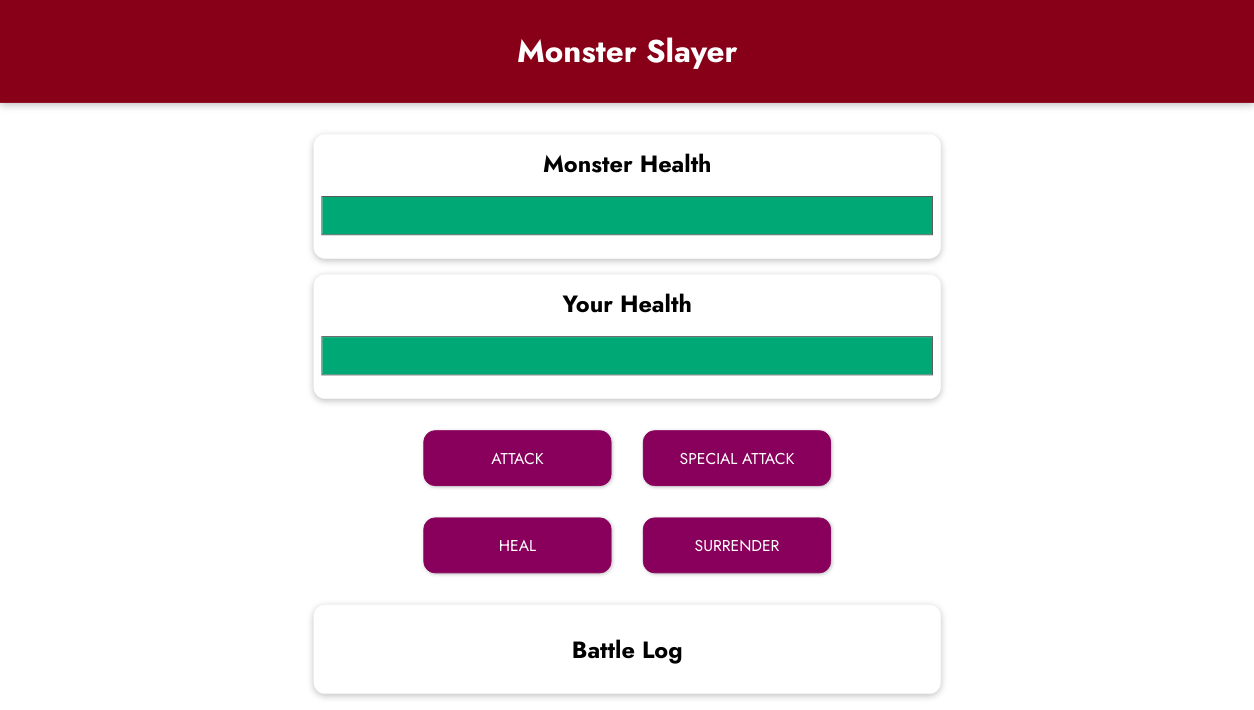
Repository: Schwarzbaer2/monster-slayer
Page: index.html
An editor plug-in stored every save of this project. The page is shown before and after the next save, followed by the edit.
The browser window is 1280 px wide. The pictures show the whole page, at 98% of full size.

Above is the page before, as saved 2021-02-26 10:50:31.

### index.html
<!DOCTYPE html>
<html lang="en">
  <head>
    <meta charset="UTF-8" />
    <meta name="viewport" content="width=device-width, initial-scale=1.0" />
    <title>Vue Basics</title>
    <link
      href="https://fonts.googleapis.com/css2?family=Jost:wght@400;700&display=swap"
      rel="stylesheet"
    />
    <link rel="stylesheet" href="styles.css" />
    <script src="https://unpkg.com/vue@next" defer></script>
    <script src="app.js" defer></script>
  </head>
  <body>
    <header>
      <h1>Monster Slayer</h1>
    </header>
    <div id="game">
      <section id="monster" class="container">
        <h2>Monster Health</h2>
        <div class="healthbar">
          <div
            class="healthbar__value"
            :style="monsterBarStyles"
          ></div>
        </div>
      </section>
      <section id="player" class="container">
        <h2>Your Health</h2>
        <div class="healthbar">
          <div class="healthbar__value"
          :style="playerBarStyles"
        ></div>
      </section>
      <section id="controls">
        <button @click="attackMonster">ATTACK</button>
        <button :disabled="mayUseSpecialAttack" @click="specialAttackMonster">SPECIAL ATTACK</button>
        <button @click="healPlayer">HEAL</button>
        <button>SURRENDER</button>
      </section>
      <section id="log" class="container">
        <h2>Battle Log</h2>
        <ul></ul>
      </section>
    </div>
  </body>
</html>

### styles.css
* {
  box-sizing: border-box;
}

html {
  font-family: 'Jost', sans-serif;
}

body {
  margin: 0;
}

header {
  box-shadow: 0 2px 8px rgba(0, 0, 0, 0.26);
  padding: 0.5rem;
  background-color: #880017;
  color: white;
  text-align: center;
  margin-bottom: 2rem;
}

section {
  width: 90%;
  max-width: 40rem;
  margin: auto;
}

.healthbar {
  width: 100%;
  height: 40px;
  border: 1px solid #575757;
  margin: 1rem 0;
  background: #fde5e5;
}

.healthbar__value {
  background-color: #00a876;
  width: 100%;
  height: 100%;
}

.container {
  text-align: center;
  padding: 0.5rem;
  margin: 1rem auto;
  box-shadow: 0 2px 8px rgba(0, 0, 0, 0.26);
  border-radius: 12px;
}

#monster h2,
#player h2 {
  margin: 0.25rem;
}

#controls {
  display: flex;
  flex-direction: row;
  flex-wrap: wrap;
  align-items: center;
  justify-content: center;
}

button {
  font: inherit;
  border: 1px solid #88005b;
  background-color: #88005b;
  color: white;
  padding: 1rem 2rem;
  border-radius: 12px;
  margin: 1rem;
  width: 12rem;
  cursor: pointer;
  box-shadow: 1px 1px 4px rgba(0, 0, 0, 0.26);
}

button:focus {
  outline: none;
}

button:hover,
button:active {
  background-color: #af0a78;
  border-color: #af0a78;
  box-shadow: 1px 1px 8px rgba(0, 0, 0, 0.26);
}

button:disabled {
  background-color: #ccc;
  border-color: #ccc;
  box-shadow: none;
  color: #3f3f3f;
  cursor: not-allowed;
}

#log ul {
  list-style: none;
  margin: 0;
  padding: 0;
}

#log li {
  margin: 0.5rem 0;
}

.log--player {
  color: #7700ff;
}

.log--monster {
  color: #da8d00;
}

.log--damage {
  color: red;
}

.log--heal {
  color: green;
}

### app.js
function getRandomValue(min, max) {
  return Math.floor(Math.random() * (max - min)) + min
}

const app = Vue.createApp({
  data() {
    return {
      playerHealth: 100,
      monsterHealth: 100,
      currentRound: 0,
    }
  },
  computed: {
    monsterBarStyles() {
      return { width: this.monsterHealth + '%' }
    },
    playerBarStyles() {
      return { width: this.playerHealth + '%' }
    },
    mayUseSpecialAttack() {
      return this.currentRound % 3 !== 0
    },
  },
  watch: {
    playerHealth(value) {
      if (value <= 0 && this.monsterHealth <= 0) {
        // a draw
      } else if (value <= 0) {
        // player lost
      }
    },
    monsterHealth(value) {
      if (value <= 0 && this.playerHealth <= 0) {
        // a draw
      } else if (value <= 0) {
        // monster lost
      }
    },
  },
  methods: {
    attackMonster() {
      this.currentRound++
      const attackValue = getRandomValue(5, 12)
      this.monsterHealth -= attackValue
      this.attackPlayer()
    },
    attackPlayer() {
      const attackValue = getRandomValue(8, 15)
      this.playerHealth -= attackValue
    },
    specialAttackMonster() {
      this.currentRound++
      const attackValue = getRandomValue(10, 25)
      this.monsterHealth -= attackValue
      this.attackPlayer()
    },
    healPlayer() {
      this.currentRound++
      const healValue = getRandomValue(8, 20)
      if (this.playerHealth + healValue > 100) {
        this.playerHealth = 100
      } else {
        this.playerHealth += healValue
      }
      this.attackPlayer()
    },
  },
})

app.mount('#game')

After the next save:
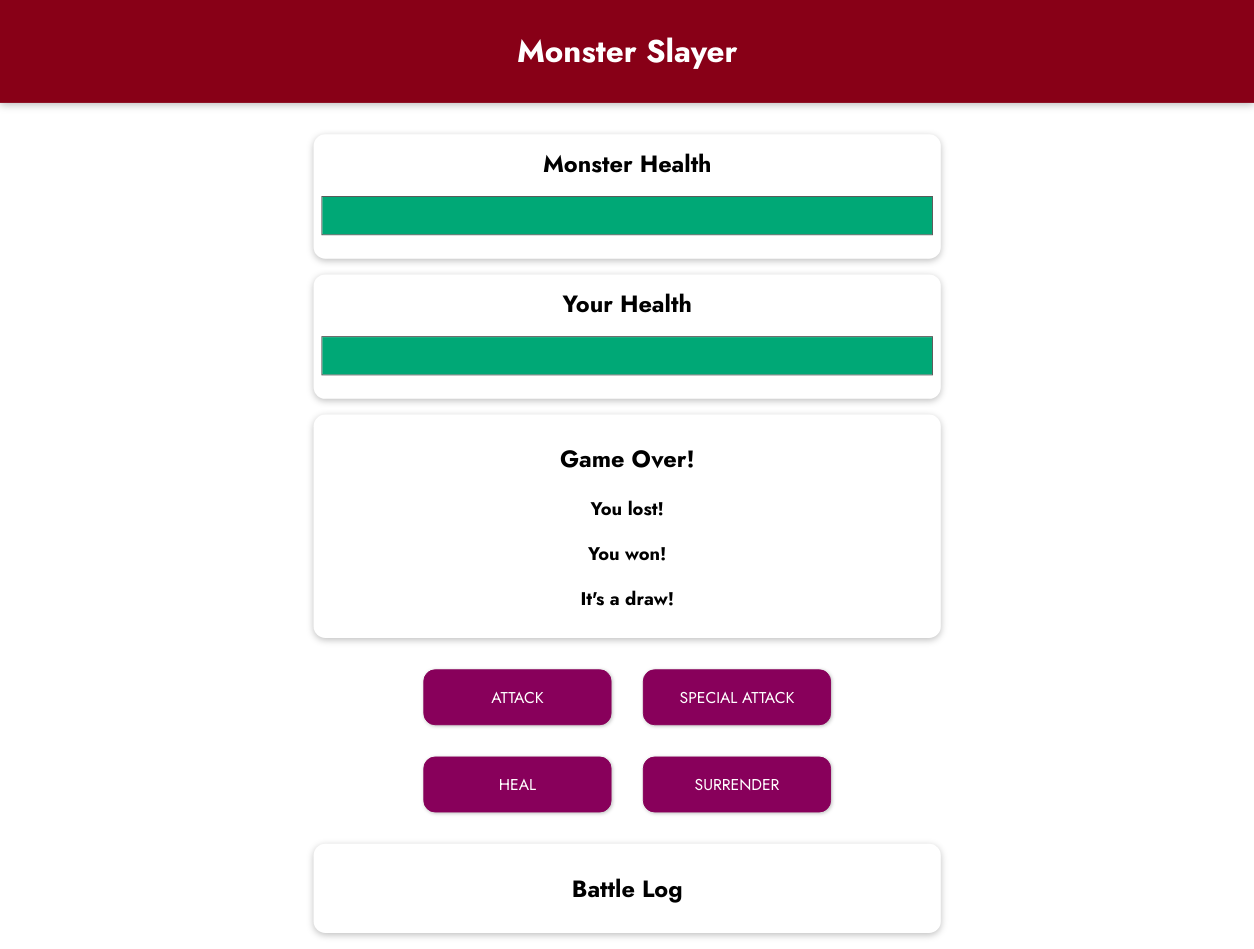
Saved 3 min 43 s later.
--- a/index.html
+++ b/index.html
@@ -33,6 +33,12 @@
           :style="playerBarStyles"
         ></div>
       </section>
+      <section class="container">
+        <h2>Game Over!</h2>
+        <h3>You lost!</h3>
+        <h3>You won!</h3>
+        <h3>It's a draw!</h3>
+      </section>
       <section id="controls">
         <button @click="attackMonster">ATTACK</button>
         <button :disabled="mayUseSpecialAttack" @click="specialAttackMonster">SPECIAL ATTACK</button>
